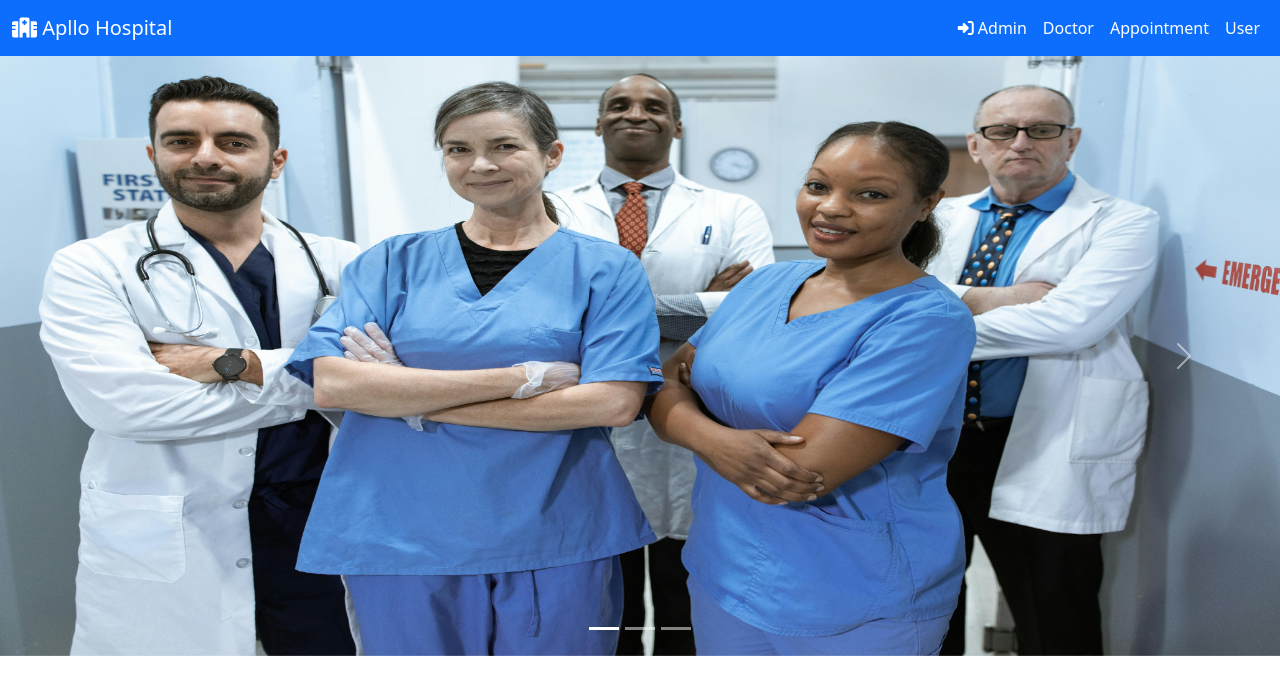
Repository: Subhadip09/Hospital-Management-System
Page: http://localhost/Hospital-Management-System/
These files come from the project's save history. The page is drawn as it stood at one moment and after the next save; the edit follows.
The browser window is 1280 px wide. The pictures show the whole page.
The page is served by Tomcat 9.

Above is the page before, as saved 2024-04-05 17:06:44.

After the next save:
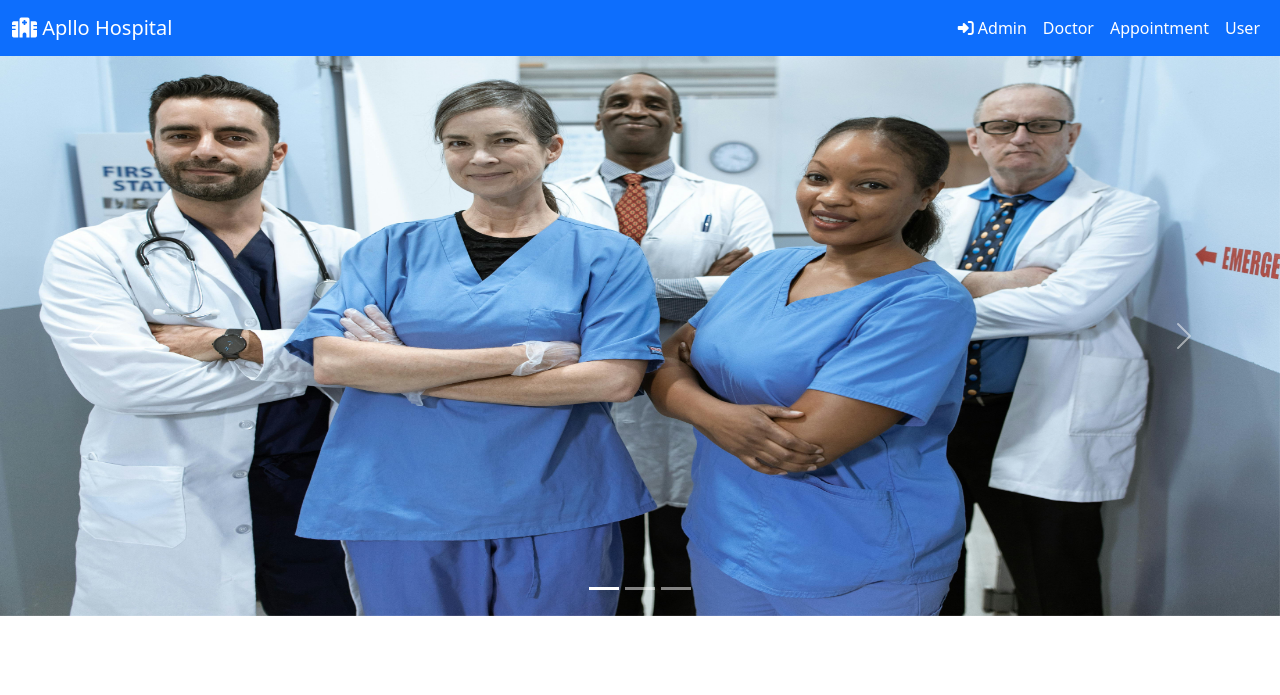
Saved 26 s later.
--- a/Hospital-Management-System/src/main/webapp/index.jsp
+++ b/Hospital-Management-System/src/main/webapp/index.jsp
@@ -21,13 +21,13 @@
 		</div>
 		<div class="carousel-inner">
 			<div class="carousel-item active">
-				<img src="img/hos1.jpg" class="d-block w-100" alt="..." height="600px">
+				<img src="img/hos1.jpg" class="d-block w-100" alt="..." height="560px">
 			</div>
 			<div class="carousel-item">
-				<img src="img/hos2.jpg" class="d-block w-100" alt="..." height="600px">
+				<img src="img/hos2.jpg" class="d-block w-100" alt="..." height="560px">
 			</div>
 			<div class="carousel-item">
-				<img src="img/hos3.jpg" class="d-block w-100" alt="..." height="600px">
+				<img src="img/hos3.jpg" class="d-block w-100" alt="..." height="560px">
 			</div>
 		</div>
 		<button class="carousel-control-prev" type="button"
